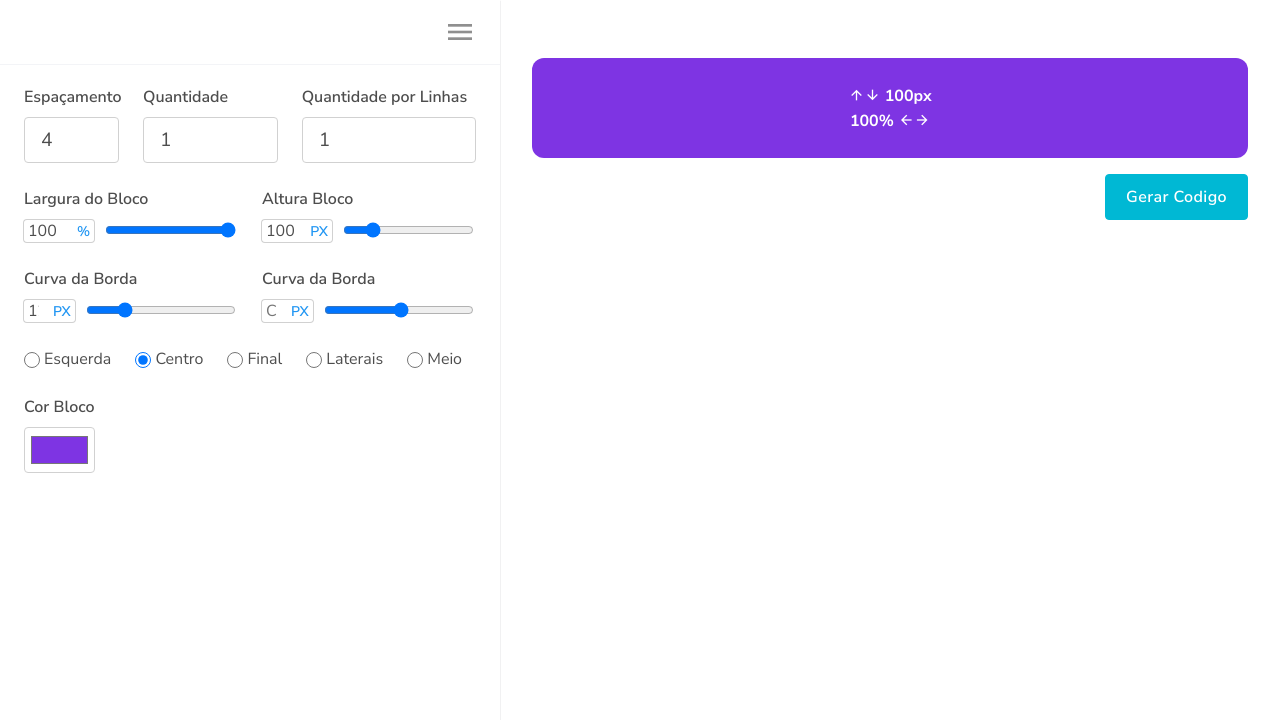
Repository: Flintdl/lowcode-elements
Page: /
The author's editor kept a copy of each file at every save. The page is drawn from the files as they stood at one save, then again after the next save.
The browser window is 1280 px wide. The pictures show the whole page.
The project was rebuilt for these pictures with package versions that can differ from the ones it lists, and the page was loaded fresh each time. Also part of the build but not shown: vue.config.js.

Above is the page before, as saved 2022-04-05 14:29:46.

After the next save:
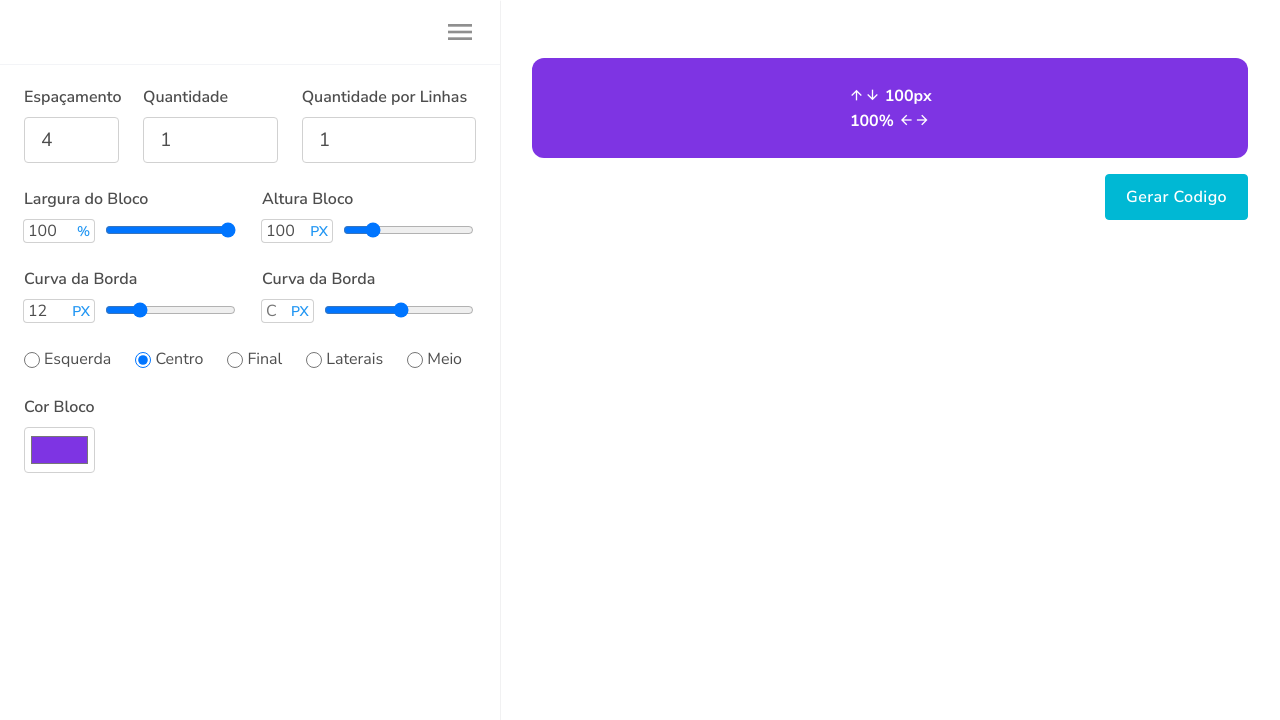
Saved 11 s later.
--- a/src/components/templates/InputBorderRadiusBloco.vue
+++ b/src/components/templates/InputBorderRadiusBloco.vue
@@ -6,7 +6,7 @@
         class="sf-input-group-append sf-display-flex sf-justify-content-center"
       >
         <div
-          class="sf-display-flex sf-align-items-center sf-justify-content-center sf-border-left-0 sf-border-radius sf-border-radius-left-0 sf-pr-2 sf-text-info sf-font-weight-bold sf-min-60-px"
+          class="sf-display-flex sf-align-items-center sf-justify-content-center sf-border-left-0 sf-border-radius sf-border-radius-left-0 sf-pr-2 sf-text-info sf-font-weight-bold sf-min-80-px"
         >
           <div class="sf-input-group">
             <input
